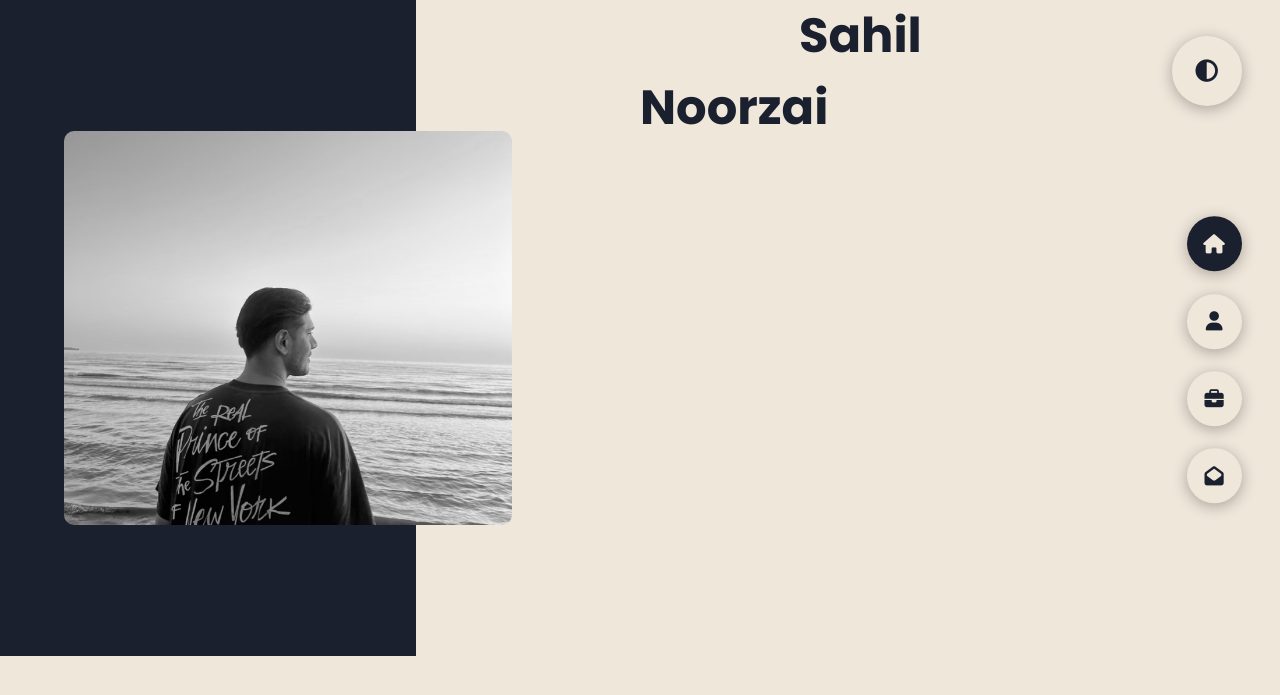
Repository: nftGambler/noorzai-portfolio
Page: index.html
The author's editor kept a copy of each file at every save. The page is drawn from the files as they stood at one save, then again after the next save.
The browser window is 1280 px wide. The pictures show the whole page.
After loading, the first visible `div.theme-btn` was clicked once.
The style sheet was rebuilt from its Sass, Less or Tailwind sources for each picture, by a compiler version that may differ from the author's.

Above is the page before, as saved 2023-11-23 21:38:06.

After the next save:
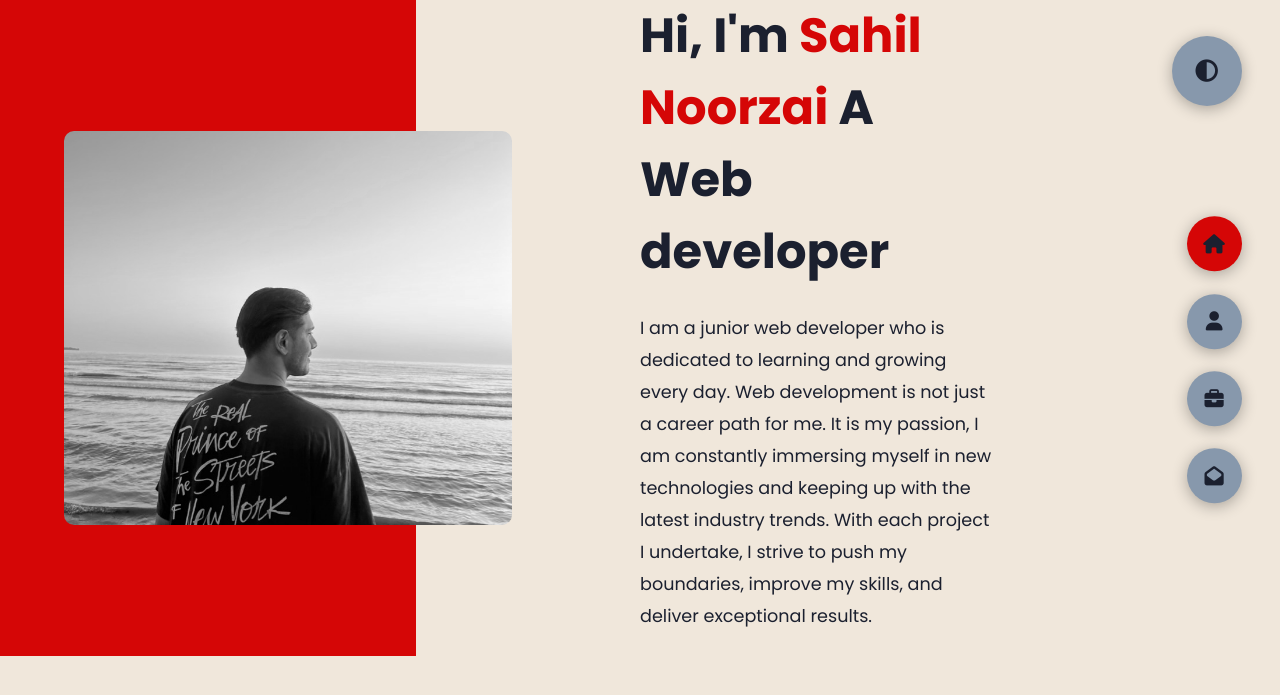
Saved 30 s later.
--- a/style/styles.scss
+++ b/style/styles.scss
@@ -26,14 +26,14 @@
 
 .light-mode{
   --color-primary: rgb(240,231,219);
-  --color-secondary: rgb(27,32,47);
-  --color-white:  rgb(240,231,219);
+  --color-secondary: #d50606;
+  --color-white: rgb(27,32,47);
   --color-black: #000;
   --color-grey0: #f8f8f8;
   --color-grey-1:rgb(27,32,47);
   --color-grey-2: rgb(27,32,47);
   --color-grey-3: rgb(27,32,47);
-  --color-grey-4: rgb(240,231,219);
+  --color-grey-4: rgb(135, 152, 172);
   --color-grey-5:  rgb(240,231,219);
   --color-grey-6: #12181b;
 }
